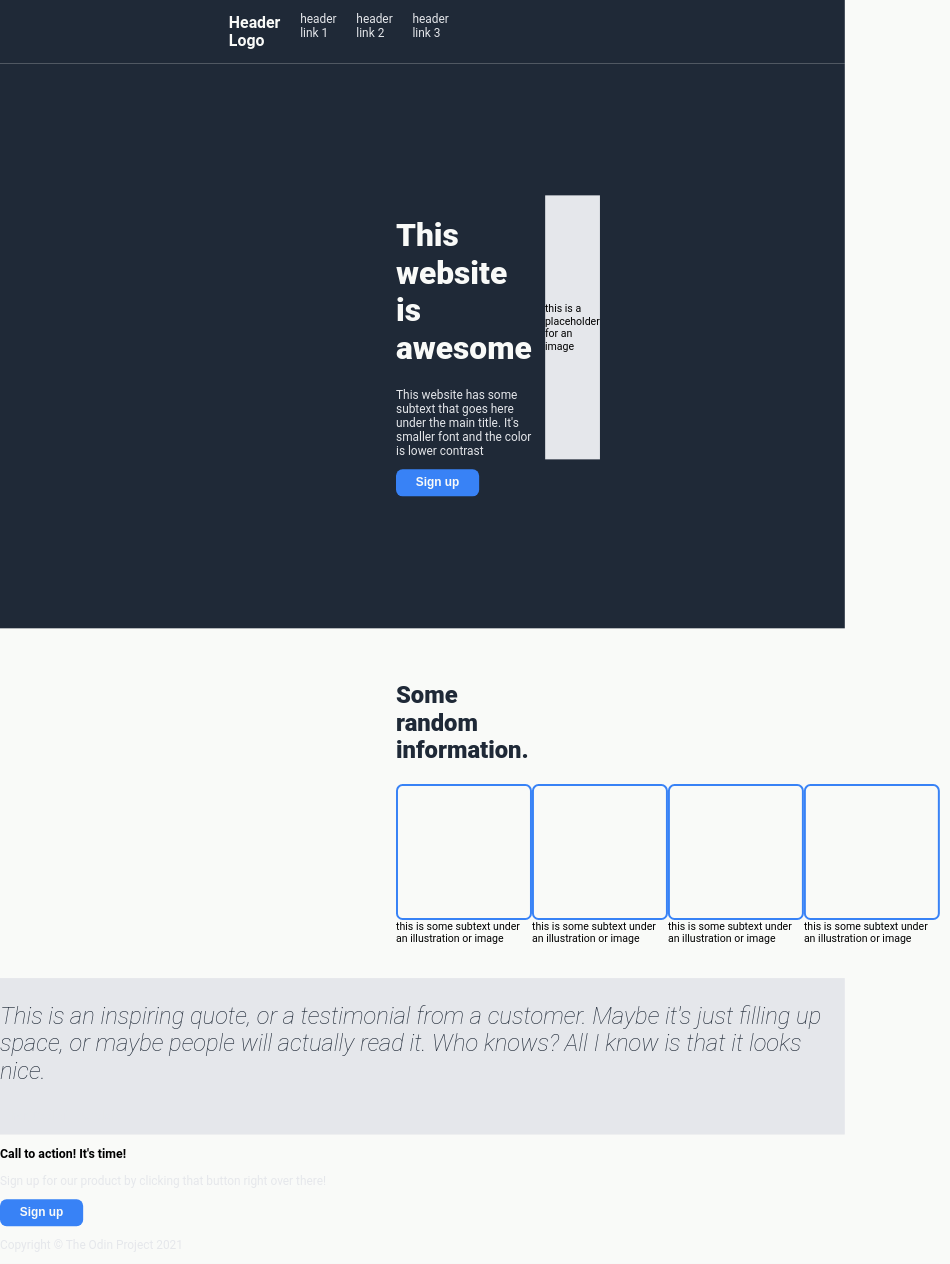
Repository: rsoetydev/landing-page
Page: index.html
The author's editor kept a copy of each file at every save. The page is drawn from the files as they stood at one save, then again after the next save.
The browser window is 1280 px wide. The page is 1424 px wide, then 1440 px, so the pictures cover 1440 px, including what lies to the right of the window. The pictures show the whole page, at 66% of full size.

Above is the page before, as saved 2023-11-28 10:24:14.

### index.html
<!DOCTYPE html>
<html lang="en">
<head>
    <meta charset="UTF-8">
    <meta name="viewport" content="width=device-width, initial-scale=1.0">
    <title>Landing Page</title>
    <link rel="stylesheet" href="style.css">
</head>
<body>
    <div class="header">
        <h2 class="header-logo">Header Logo</h2>
        <p class="link-1">header link 1 </p>
        <p class="link-2">header link 2</p>
        <p class="link-3"> header link 3</p>
    </div>

    <div class="hero">
        <div class="hero-text">
            <h1 class="hero-title">This website is awesome</h1>
            <p class="hero-subtext">This website has some subtext that goes here under the main title. It's smaller font and the color is lower contrast</p>
            <button class="sign-up">Sign up</button>
        </div>
        <div class="hero-image-cont">
            this is a placeholder for an image
        </div>
    </div>

    <div class="info">
        <h2 class="info-title">Some random information.</h2>
        <div class="item-cont">
            <div class="item">
                <div class="item-pic"></div>
                <div class="item-text">this is some subtext under an illustration or image</div>
            </div>
            <div class="item">
                <div class="item-pic"></div>
                <div class="item-text">this is some subtext under an illustration or image</div>
            </div>
            <div class="item">
                <div class="item-pic"></div>
                <div class="item-text">this is some subtext under an illustration or image</div>
            </div>
            <div class="item">
                <div class="item-pic"></div>
                <div class="item-text">this is some subtext under an illustration or image</div>
            </div>
        </div>
    </div>

    <div class="quote">
        <p class="quote-text">
            This is an inspiring quote, or a testimonial from a customer. Maybe it's just filling up space, or maybe people will actually read it. Who knows? All I know is that it looks nice.
        </p>
        <p class="quote-author">-Thor, God of Thunder</p>
    </div>

    <div class="c2a">
        <div class="c2a-sub">
            <div class="c2a-text-container">
                <h3>Call to action! It's time!</h3>
                <p class="c2a-text">Sign up for our product by clicking that button right over there!</p>
            </div>
            <button class="c2a-sign-up">Sign up</button>
        </div>
    </div>

    <div class="footer">
        <p class="copyright">Copyright © The Odin Project 2021</p>
    </div>

</body>
</html>

### style.css


:root {
    --dark: #1F2937;
    --gray: #E5E7EB;
    --white: #F9FAF8;
    --blue: #3882F6;

    font-family: 'Roboto', arial;
}

body{
    background-color:var(--white);
    padding: 0;
    margin: 0;
    display: flex;
    flex-direction: column;
}

h1{
    font-size:48px;
    font-weight:900;
    color: var(--white);
}

p{
    color: var(--gray);
    font-size: 18px;
}

h2{
    color: var(--white);
    font-size: 24px;
    font: weight 600px;
}

.info-title {
    font-size: 36px;
    color:var(--dark);
    font-weight: 900;
}

.quote-text {
    font-size: 36px;
    font-style: italic;
    font-weight: 200;
    color:var(--dark);
}

button{
    background-color: var(--blue);
    color:var(--white);
    font-size: 18px;
    font-weight: 600;
    padding: 10px 30px;
    border: none;
    border-radius: 10px;
}

.header{
    display:flex;
    background-color: var(--dark);
    justify-content: flex-end;
    gap:30px;
    padding: 0px 600px;
}

.header-logo{
    flex: 1;
}

.hero{
    display:flex;
    background-color: var(--dark);
    padding: 200px 600px;
    justify-content:space-between;
    gap: 20px;
}

.hero-image-cont{
    background-color:var(--gray);
    display:flex;
    justify-content: center;
    align-items: center;
    width: 800px;
    height: 400px;
}

.info-title{
    text-align: center;
}

.info{
    display: flex;
    flex-direction: column;
    justify-content: center;
    padding: 50px 600px;
}

.item-cont{
    display:flex;
    justify-content: space-evenly;
}

.item-pic{
    width:200px;
    height:200px;
    border-style: solid;
    border-color: var(--blue);
    border-radius: 10px;
    border-width: 3px;
}

.quote{
    background-color: var(--gray);

.c2a{
    background-color: var(--blue);
}

.footer{
    background-color: var(--dark);
}

After the next save:
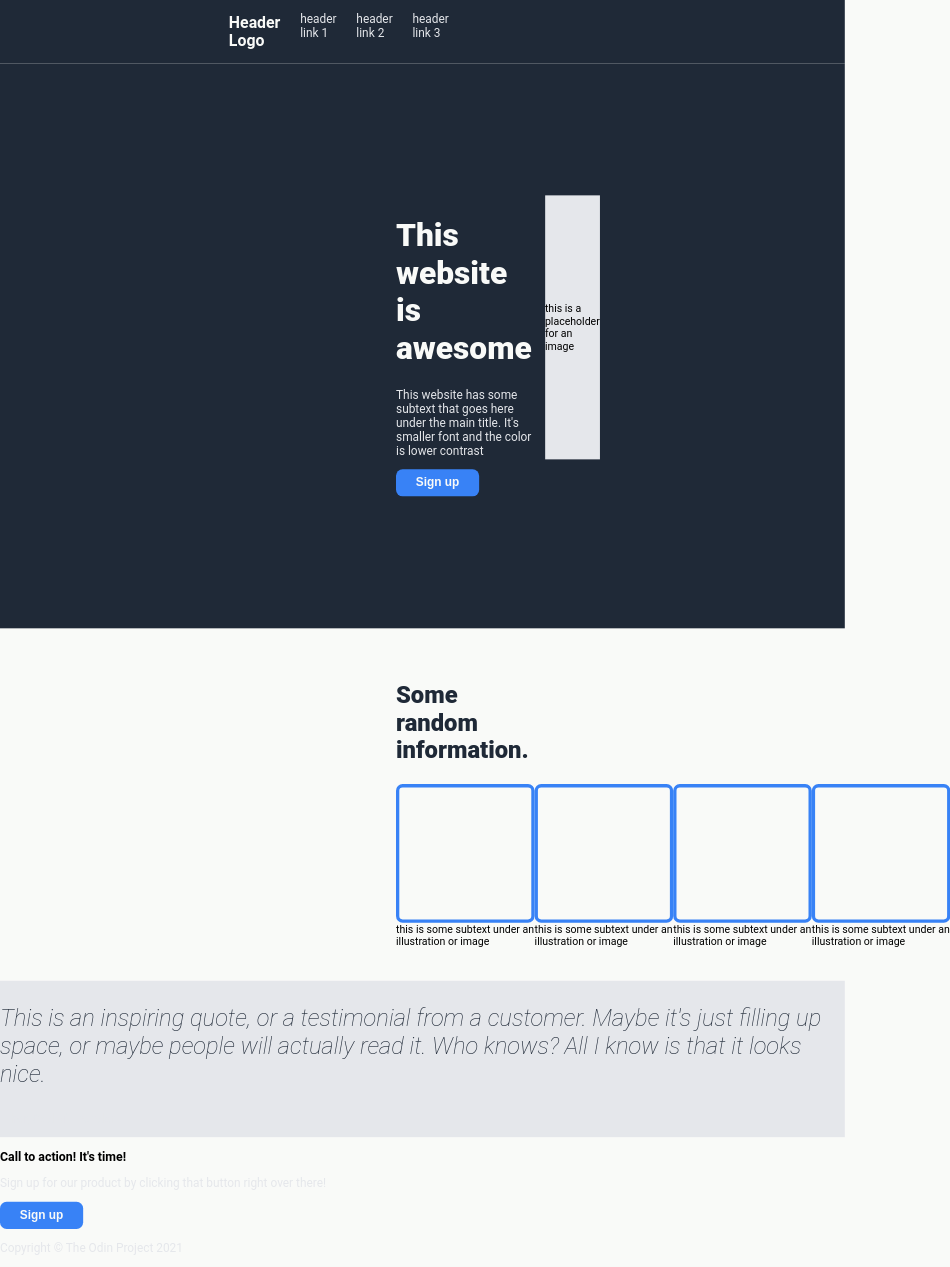
Saved 6 s later.
--- a/style.css
+++ b/style.css
@@ -108,7 +108,7 @@ button{
     border-style: solid;
     border-color: var(--blue);
     border-radius: 10px;
-    border-width: 3px;
+    border-width: 5px;
 }
 
 .quote{
